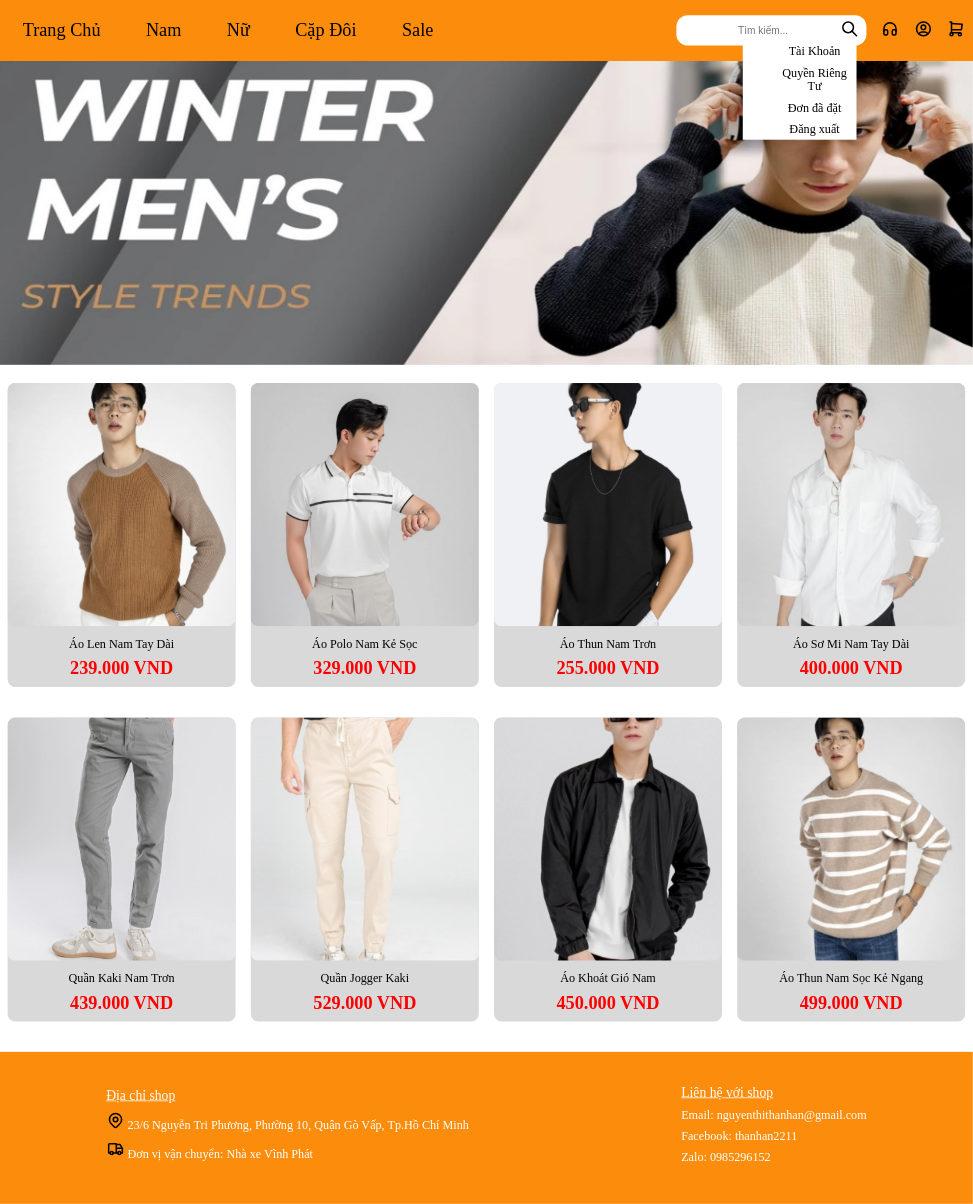
Repository: manhhieu120499/Project_ShopQuanAo
Page: html/nam.html
These files come from the project's save history. The page is drawn as it stood at one moment and after the next save; the edit follows.
The browser window is 1280 px wide. The pictures show the whole page, at 76% of full size.

Above is the page before, as saved 2023-03-06 00:16:35.

### html/nam.html
<!DOCTYPE html>
<html lang="en">
<head>
    <meta charset="UTF-8">
    <meta http-equiv="X-UA-Compatible" content="IE=edge">
    <meta name="viewport" content="width=device-width, initial-scale=1.0">
    <title>Document</title>
    <link rel="stylesheet" href="/css/style_nam.css">
</head>
<body>
    <div class="wrap">
        <div class="header">
            <div class="header_nav">
                <a href="#">Trang Chủ</a>
                <a href="#">Nam</a>
                <a href="#">Nữ</a>
                <a href="#">Cặp Đôi</a>
                <a href="#">Sale</a>
            </div>
            <div class="right_header">
                <a href="#" class="search">
                    <svg xmlns="http://www.w3.org/2000/svg" class="icon icon-tabler icon-tabler-search" width="24" height="24" viewBox="0 0 24 24" stroke-width="2" stroke="currentColor" fill="none" stroke-linecap="round" stroke-linejoin="round">
                        <path stroke="none" d="M0 0h24v24H0z" fill="none"></path>
                        <path d="M10 10m-7 0a7 7 0 1 0 14 0a7 7 0 1 0 -14 0"></path>
                        <path d="M21 21l-6 -6"></path>
                     </svg>
                </a>
                <input type="text" placeholder="                  Tìm kiếm...">
                <a href="#" class="headphone">
                    <svg xmlns="http://www.w3.org/2000/svg" class="icon icon-tabler icon-tabler-headphones " width="24" height="24" viewBox="0 0 24 24" stroke-width="2" stroke="currentColor" fill="none" stroke-linecap="round" stroke-linejoin="round">
                        <path stroke="none" d="M0 0h24v24H0z" fill="none"></path>
                        <path d="M4 13m0 2a2 2 0 0 1 2 -2h1a2 2 0 0 1 2 2v3a2 2 0 0 1 -2 2h-1a2 2 0 0 1 -2 -2z"></path>
                        <path d="M15 13m0 2a2 2 0 0 1 2 -2h1a2 2 0 0 1 2 2v3a2 2 0 0 1 -2 2h-1a2 2 0 0 1 -2 -2z"></path>
                        <path d="M4 15v-3a8 8 0 0 1 16 0v3"></path>
                     </svg>
                     <p class="phone_number">Hotline: 19008198</p>
                </a>
                <a href="#" class="user">
                    <svg xmlns="http://www.w3.org/2000/svg" class="icon icon-tabler icon-tabler-user-circle " width="24" height="24" viewBox="0 0 24 24" stroke-width="2" stroke="currentColor" fill="none" stroke-linecap="round" stroke-linejoin="round">
                        <path stroke="none" d="M0 0h24v24H0z" fill="none"></path>
                        <path d="M12 12m-9 0a9 9 0 1 0 18 0a9 9 0 1 0 -18 0"></path>
                        <path d="M12 10m-3 0a3 3 0 1 0 6 0a3 3 0 1 0 -6 0"></path>
                        <path d="M6.168 18.849a4 4 0 0 1 3.832 -2.849h4a4 4 0 0 1 3.834 2.855"></path>
                     </svg>
                     <ul class="sub_menu">
                        <li>Tài Khoản</li>
                        <li>Quyền Riêng Tư</li>
                        <li>Đơn đã đặt</li>
                        <li>Đăng xuất</li>
                     </ul>
                </a>
                <a href="#">
                    <svg xmlns="http://www.w3.org/2000/svg" class="icon icon-tabler icon-tabler-shopping-cart" width="24" height="24" viewBox="0 0 24 24" stroke-width="2" stroke="currentColor" fill="none" stroke-linecap="round" stroke-linejoin="round">
                        <path stroke="none" d="M0 0h24v24H0z" fill="none"></path>
                        <path d="M6 19m-2 0a2 2 0 1 0 4 0a2 2 0 1 0 -4 0"></path>
                        <path d="M17 19m-2 0a2 2 0 1 0 4 0a2 2 0 1 0 -4 0"></path>
                        <path d="M17 17h-11v-14h-2"></path>
                        <path d="M6 5l14 1l-1 7h-13"></path>
                     </svg>
                </a>
            </div>
        </div>

        <!--Slide_bar-->
        <div class="slide_bar">
            <img src="/image/image_trangnam/16.jpg" alt="picture_panel">
        </div>

        <!--products-->
        <div class="products">
            <div class="product_one">
                 <div class="product_item">
                    <a href="#"><img src="/image/image_trangnam/22.jpg" alt=""></a>
                    <p>Áo Len Nam Tay Dài</p>
                    <p>239.000 VND</p>
                 </div>
                 <div class="product_item">
                    <a href="#"><img src="/image/image_trangnam/17.jpg" alt=""></a>
                    <p>Áo Polo Nam Kẻ Sọc</p>
                    <p>329.000 VND</p>
                 </div>
                 <div class="product_item">
                    <a href="#"><img src="/image/image_trangnam/23.jpg" alt=""></a>
                    <p>Áo Thun Nam Trơn</p>
                    <p>255.000 VND</p>
                 </div>
                 <div class="product_item">
                    <a href="#"><img src="/image/image_trangnam/19.jpg" alt=""></a>
                    <p>Áo Sơ Mi Nam Tay Dài</p>
                    <p>400.000 VND</p>
                 </div>
            </div>

            <div class="product_one product_two">
                <div class="product_item">
                   <a href="#"><img src="/image/image_trangnam/24.jpg" alt=""></a>
                   <p>Quần Kaki Nam Trơn</p>
                   <p>439.000 VND</p>
                </div>
                <div class="product_item">
                   <a href="#"><img src="/image/image_trangnam/25.jpg" alt=""></a>
                   <p>Quần Jogger Kaki</p>
                   <p>529.000 VND</p>
                </div>
                <div class="product_item">
                   <a href="#"><img src="/image/image_trangnam/26.jpg" alt=""></a>
                   <p>Áo Khoát Gió Nam</p>
                   <p>450.000 VND</p>
                </div>
                <div class="product_item">
                   <a href="#"><img src="/image/image_trangnam/27.jpg" alt=""></a>
                   <p>Áo Thun Nam Sọc Kẻ Ngang</p>
                   <p>499.000 VND</p>
                </div>
           </div>
        </div>

        <!--Footer-->
        <div class="footer">
            <div class="left_footer">
                  <p class="address">Địa chỉ shop</p>
                  <p>
                    <a class="icon">
                        <svg xmlns="http://www.w3.org/2000/svg" class="icon icon-tabler icon-tabler-map-pin" width="24" height="24" viewBox="0 0 24 24" stroke-width="2" stroke="currentColor" fill="none" stroke-linecap="round" stroke-linejoin="round">
                            <path stroke="none" d="M0 0h24v24H0z" fill="none"></path>
                            <path d="M12 11m-3 0a3 3 0 1 0 6 0a3 3 0 1 0 -6 0"></path>
                            <path d="M17.657 16.657l-4.243 4.243a2 2 0 0 1 -2.827 0l-4.244 -4.243a8 8 0 1 1 11.314 0z"></path>
                         </svg>
                    </a>
                     23/6 Nguyễn Tri Phương, Phường 10, Quận Gò Vấp, Tp.Hồ Chí Minh
                  </p>
                  <p>
                    <a>
                        <svg xmlns="http://www.w3.org/2000/svg" class="icon icon-tabler icon-tabler-truck" width="24" height="24" viewBox="0 0 24 24" stroke-width="2" stroke="currentColor" fill="none" stroke-linecap="round" stroke-linejoin="round">
                            <path stroke="none" d="M0 0h24v24H0z" fill="none"></path>
                            <path d="M7 17m-2 0a2 2 0 1 0 4 0a2 2 0 1 0 -4 0"></path>
                            <path d="M17 17m-2 0a2 2 0 1 0 4 0a2 2 0 1 0 -4 0"></path>
                            <path d="M5 17h-2v-11a1 1 0 0 1 1 -1h9v12m-4 0h6m4 0h2v-6h-8m0 -5h5l3 5"></path>
                         </svg>
                         Đơn vị vận chuyển: Nhà xe Vĩnh Phát
                    </a>
                  </p>
            </div>
            <div class="right_footer">
                 <p class="address">Liên hệ với shop</p>
                 <p>Email: nguyenthithanhan@gmail.com</p>
                 <p>Facebook: thanhan2211</p>
                 <p>Zalo: 0985296152</p>
            </div>

        </div>
    </div>
</body>
</html>

### css/style_nam.css
* {
    margin: 0;
    box-sizing: border-box;
}

.header {
    background-color: #FC8D0C;
    width: 100%;
    height: 80px;
    display: flex;
    justify-content: space-between;
    align-items: center;
    position: fixed;
    top: 0;
    left: 0;
}

.header .header_nav {
    display: flex;
    justify-content: space-around;
    width: 600px;
}

.header_nav > a {
    color: black;
    text-decoration: none;
    font-size: 24px;
}

.header_nav > a:hover {
    color: white;
}

.header .right_header {
    display: flex;
    justify-content: space-around;
    width: 400px;
    align-items: center;
}

.right_header > input {
    width: 250px;
    height: 40px;
    padding: 0 15px;
    border-radius: 15px;
    border: none;
    position: relative;
}

.right_header > a {
    color: black;
}

.right_header .search {
    position: absolute;
    z-index: 1;
    right: 150px;
}

.slide_bar {
    margin-top: 80px;
}

.slide_bar > img {
    width: 100%;
    height: 400px;
    object-fit: fill;
}


/*products*/
.products {
    margin-top: 20px;
}
.product_one {
    display: flex;
    justify-content: space-around;
}

.product_one .product_item {
    width: 300px;
    height: 400px;
    background-color: #D9D9D9;
    border-radius: 10px;
}

.product_item > a > img {
    width: 100%;
    height: 320px;
    border-radius: 10px;
    object-fit: cover;
}

.product_item > p {
    font-size: 16px;
    text-align: center;
    margin-top: 10px;
}

.product_item > p:nth-child(3) {
    color: red;
    font-size: 24px;
    font-weight: bold;
}

.product_two {
    margin-top: 40px;
}

/*footer*/

.footer {
    margin-top: 40px;
    width: 100%;
    height: 200px;
    background-color: #FC8D0C;
    display: flex;
    justify-content: space-around;
    align-items: center;
    color: white;
}

.footer .left_footer {
    display: flex;
    flex-direction: column;
}

.left_footer p {
    margin-bottom: 10px;
}

.left_footer .address {
    text-decoration: underline;
    font-size: 18px;
}

.footer .right_footer {
    display: flex;
    flex-direction: column;
}

.right_footer p {
    margin-bottom: 10px;
}

.right_footer .address {
    text-decoration: underline;
    font-size: 18px;
}

.footer svg {
    color: black;
}

 /*Tạo hiệu ứng khi rê chuột vào icon headphone sẽ hiển thị số hotline cửa hàng*/
.headphone {
    position: relative;
}

.headphone:hover > .phone_number {
    display: block;
}


.headphone .phone_number {
    position: absolute;
    top: 60px;
    right: -70px;
    background-color: white;
    width: 150px;
    height: 40px;
    text-align: center;
    line-height: 40px;
    border-radius: 10px;
    display: none;
}

/*Tạo submenu cho icon user-circle*/
.user {
    position: relative;
}

.user .sub_menu {
    width: 150px;
    min-height: 50px;
    background-color: white;
    position: absolute;
    right: 100px;
}

.user .sub_menu li {
    list-style: none;
    padding: 5px;
    text-align: center;
}

After the next save:
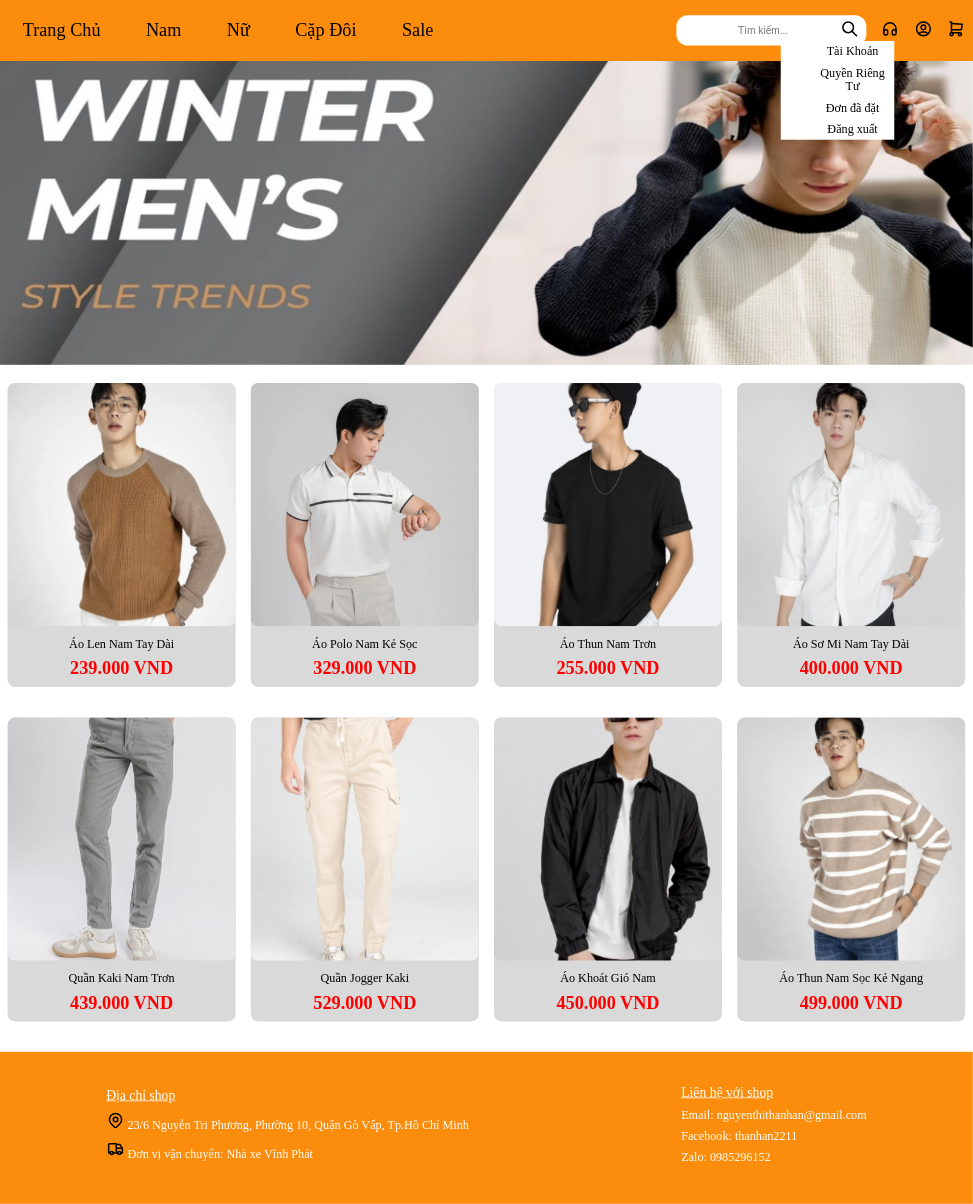
Saved 10 s later.
--- a/css/style_nam.css
+++ b/css/style_nam.css
@@ -185,7 +185,7 @@
     min-height: 50px;
     background-color: white;
     position: absolute;
-    right: 100px;
+    right: 50px;
 }
 
 .user .sub_menu li {
